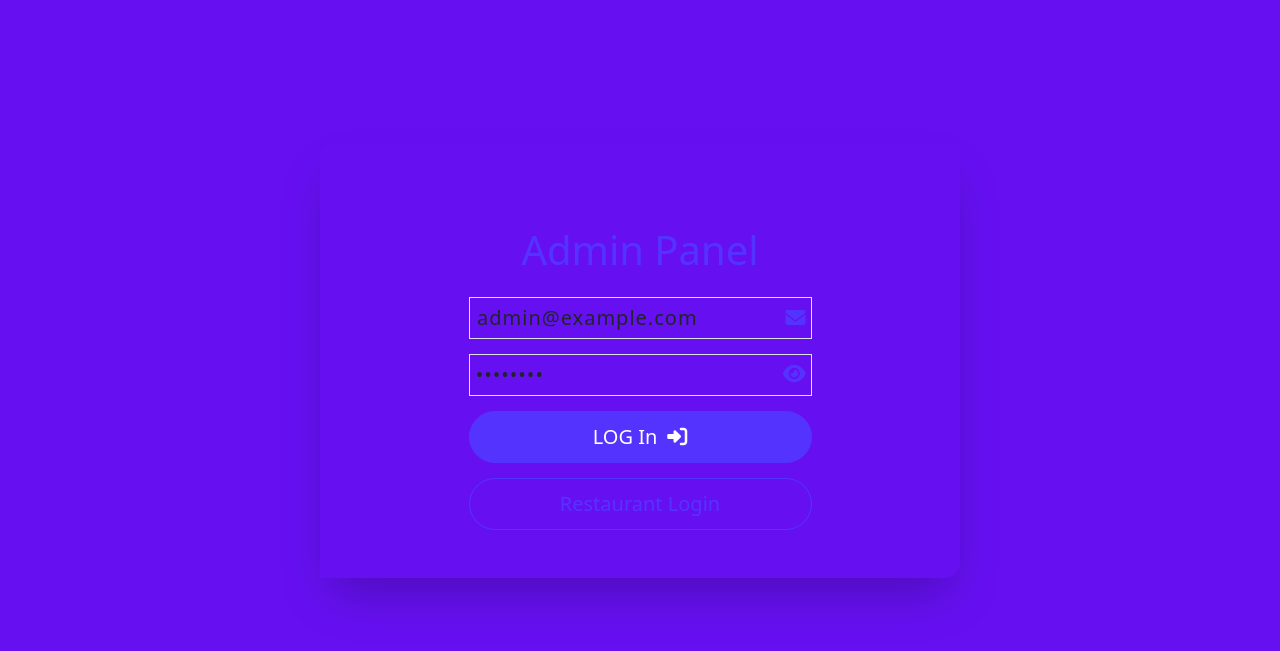
Repository: FlyweisReact/GopalAdminPanel
Page: /
These files come from the project's save history. The page is drawn as it stood at one moment and after the next save; the edit follows.
The browser window is 1280 px wide. The pictures show the whole page.
Some web libraries are served in a nearby version. The project was rebuilt for these pictures with package versions that can differ from the ones it lists, and the page was loaded fresh each time. Also part of the build but not shown: src/components/pages/Dashboard.jsx, src/vendorPanel/components/Auth.jsx, src/components/BaseUrl.jsx, src/components/pages/products/Products.jsx, src/components/pages/categories/Categories.jsx, src/components/pages/banner/Banner.jsx, src/components/pages/orders/Orders.jsx, src/components/pages/terms/Terms.jsx and 50 more. Imported but missing from the stored project, and not drawn on this page: src/components/layout/HOC.

Above is the page before, as saved 2023-04-03 13:04:15.

After the next save:
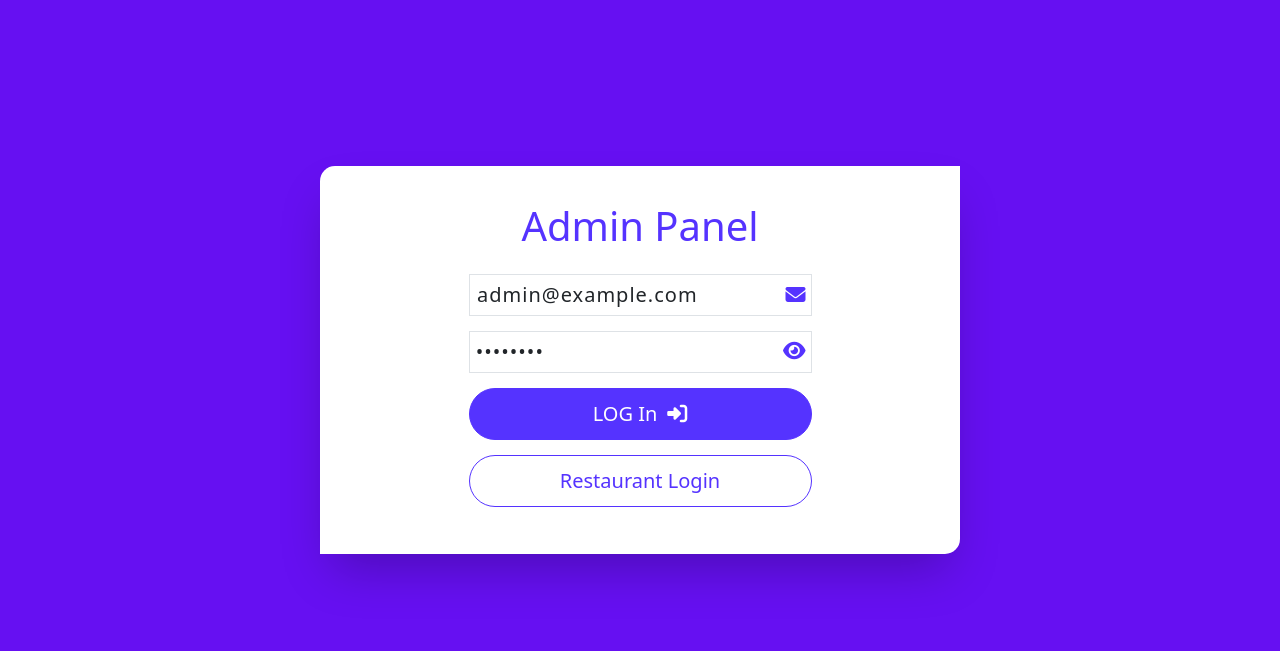
Saved 10 s later.
--- a/src/components/forms/Login.jsx
+++ b/src/components/forms/Login.jsx
@@ -46,8 +46,8 @@ const Login = () => {
             login(values);
           }}
         >
-          <Form className="shadow-2xl w-96 mx-3 sm:mx-0 sm:w-4/5 md:w-4/6 lg:w-4/5 xl:w-1/2 flex flex-col items-center p-5 md:py-10 rounded-tl-3xl rounded-br-3xl">
-          <Alert >No Admin exists with the provided Email  </Alert>
+          <Form className="shadow-2xl w-96 mx-3 sm:mx-0 sm:w-4/5 md:w-4/6 lg:w-4/5 xl:w-1/2 flex flex-col items-center bg-white p-5 md:py-10 rounded-tl-3xl rounded-br-3xl">
+
             <span
               className=" text-center text-[rgb(85, 51, 255)]"
               style={{ fontSize: "4rem", color: "rgb(85, 51, 255)" }}
